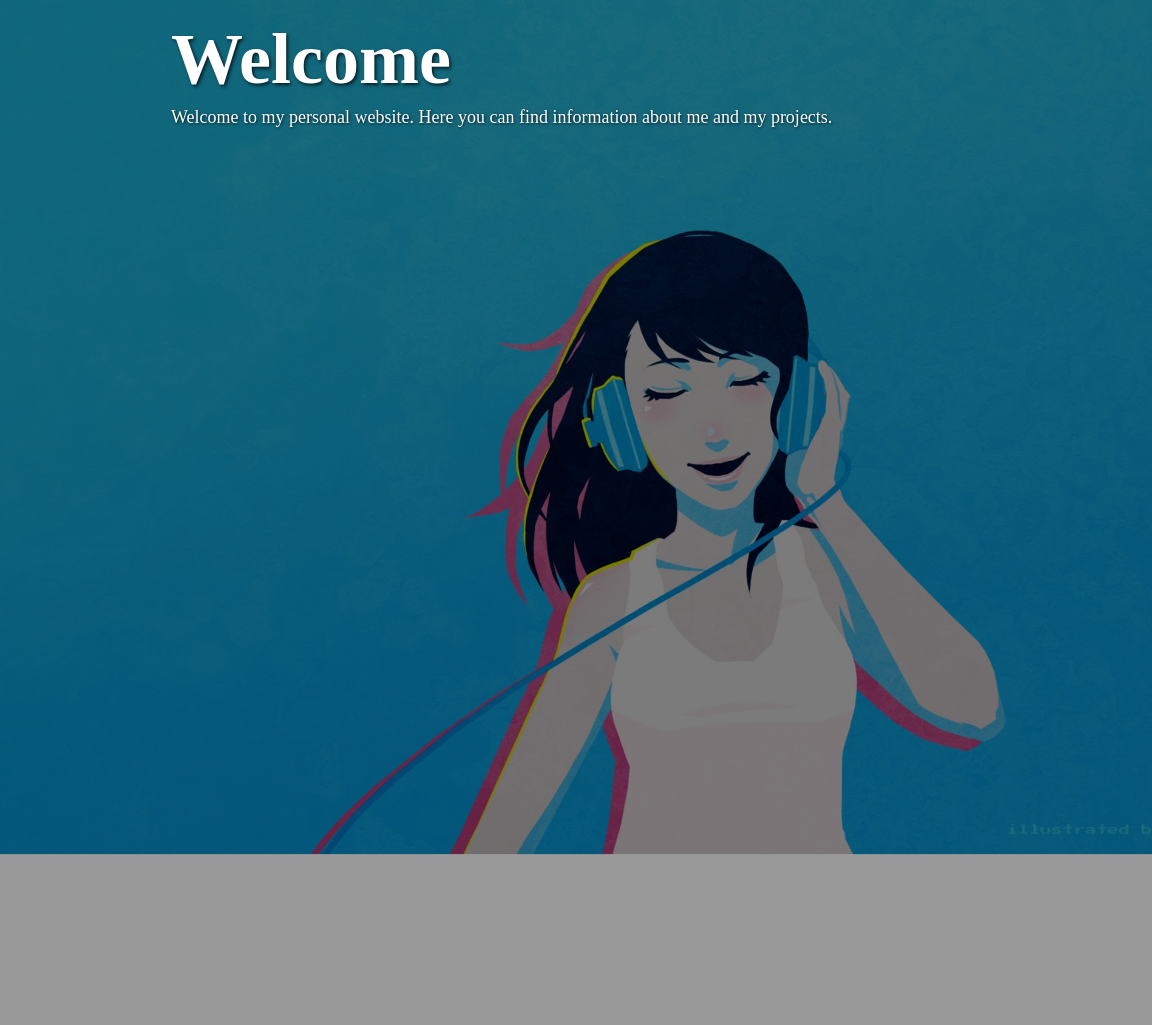
Repository: cydxf/cydxf.github.io
Page: index.html
The author's editor kept a copy of each file at every save. The page is drawn from the files as they stood at one save, then again after the next save.
The browser window is 1280 px wide. The pictures show the whole page, at 90% of full size.

Above is the page before, as saved 2024-08-02 02:09:04.

### index.html
<!DOCTYPE html>
<html lang="en">
<head>
    <meta charset="UTF-8">
    <meta name="viewport" content="width=device-width, initial-scale=1.0">
    <title>My Personal Website</title>
    <link rel="stylesheet" href="css/styles.css">
</head>
<body>
    <main>
        <section id="home" class="hero">
            <div class="hero-content">
                <h1>Welcome</h1>
                <p>Welcome to my personal website. Here you can find information about me and my projects.</p>
            </div>
        </section>
        <section id="about">
            <h2>About Me</h2>
            <p>This is the about section where you can find more information about me.</p>
        </section>
        <section id="projects">
            <h2>Projects</h2>
            <p>Here are some of my recent projects.</p>
            <ul>
                <li>Project 1</li>
                <li>Project 2</li>
                <li>Project 3</li>
            </ul>
        </section>
        <section id="contact">
            <h2>Contact</h2>
            <p>If you want to get in touch, please contact me via email.</p>
        </section>
    </main>
    <footer>
        <p>&copy; 2024 Huang Jiaxi</p>
    </footer>
    <script src="js/script.js"></script>
    </head>
</body>
</html>

### css/styles.css
body, html {
    margin: 0;
    padding: 0;
    height: 100%;
    width: 100%;
}

.hero {
    position: absolute;
    width: 100%;
    height: 131.8vh; /* Viewport height */
    left: 0;
    top: 0;
    background-image: url('../resource/image/shigiChannelArt_clean.jpg'); /* 首页大图  */
    background-size: cover;
    background-position: center;
    background-repeat: no-repeat;
    color: #fff;
    display: flex;
    justify-content: flex-start;
    align-items: flex-start;
    text-align: left;
}

.hero:before{
    content: '';
    position: absolute;
    top: 0;
    left: 0;
    width: 100%;
    height: 120%;
    background: rgba(0, 0, 0, 0.4);
    z-index: 1;
}

.hero-content {
    position: relative;
    z-index: 2;
    padding: 20px;
    margin-left: 170px;
}

.hero h1 {
    font-size: 5rem; /* 适当调整标题字体大小 */
    margin: 0;
    padding: 0;
    text-shadow: 2px 2px 4px rgba(0, 0, 0, 0.7); /* 添加文本阴影使其更清晰 */
}

.hero p {
    font-size: 1.25rem; /* 适当调整副标题字体大小 */
    margin-top: 0.5rem;
    text-shadow: 1px 1px 3px rgba(0, 0, 0, 0.7); /* 添加文本阴影使其更清晰 */
}

### js/script.js
document.addEventListener("DOMContentLoaded", function() {
    const links = document.querySelectorAll("nav ul li a");

    links.forEach(link => {
        link.addEventListener("click", function(event) {
            event.preventDefault();
            const targetId = this.getAttribute("href").substring(1);
            const targetSection = document.getElementById(targetId);
            window.scrollTo({
                top: targetSection.offsetTop,
                behavior: "smooth"
            });
        });
    });
});

After the next save:
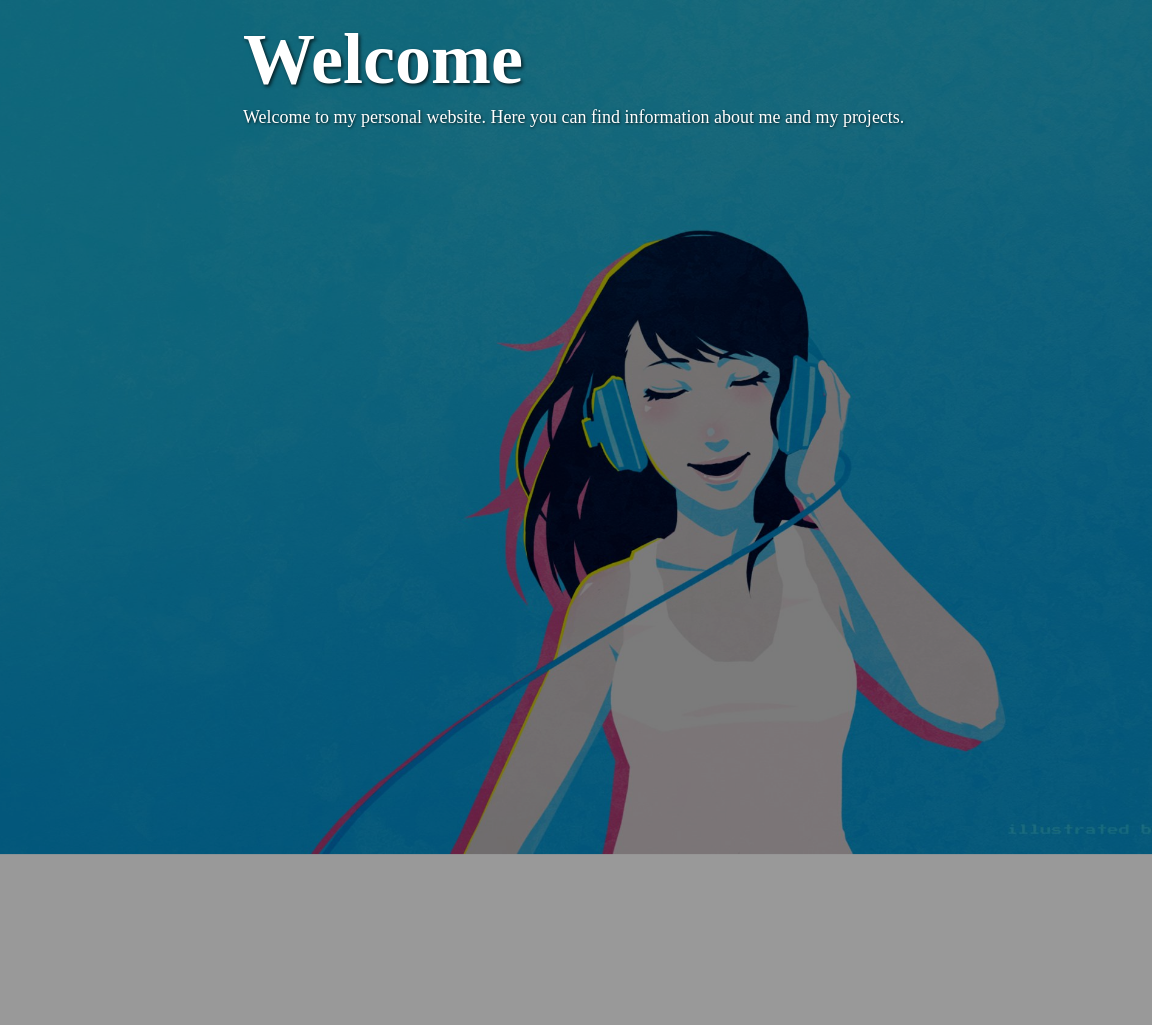
Saved 18 s later.
--- a/css/styles.css
+++ b/css/styles.css
@@ -37,7 +37,7 @@ body, html {
     position: relative;
     z-index: 2;
     padding: 20px;
-    margin-left: 170px;
+    margin-left: 250px;
 }
 
 .hero h1 {
